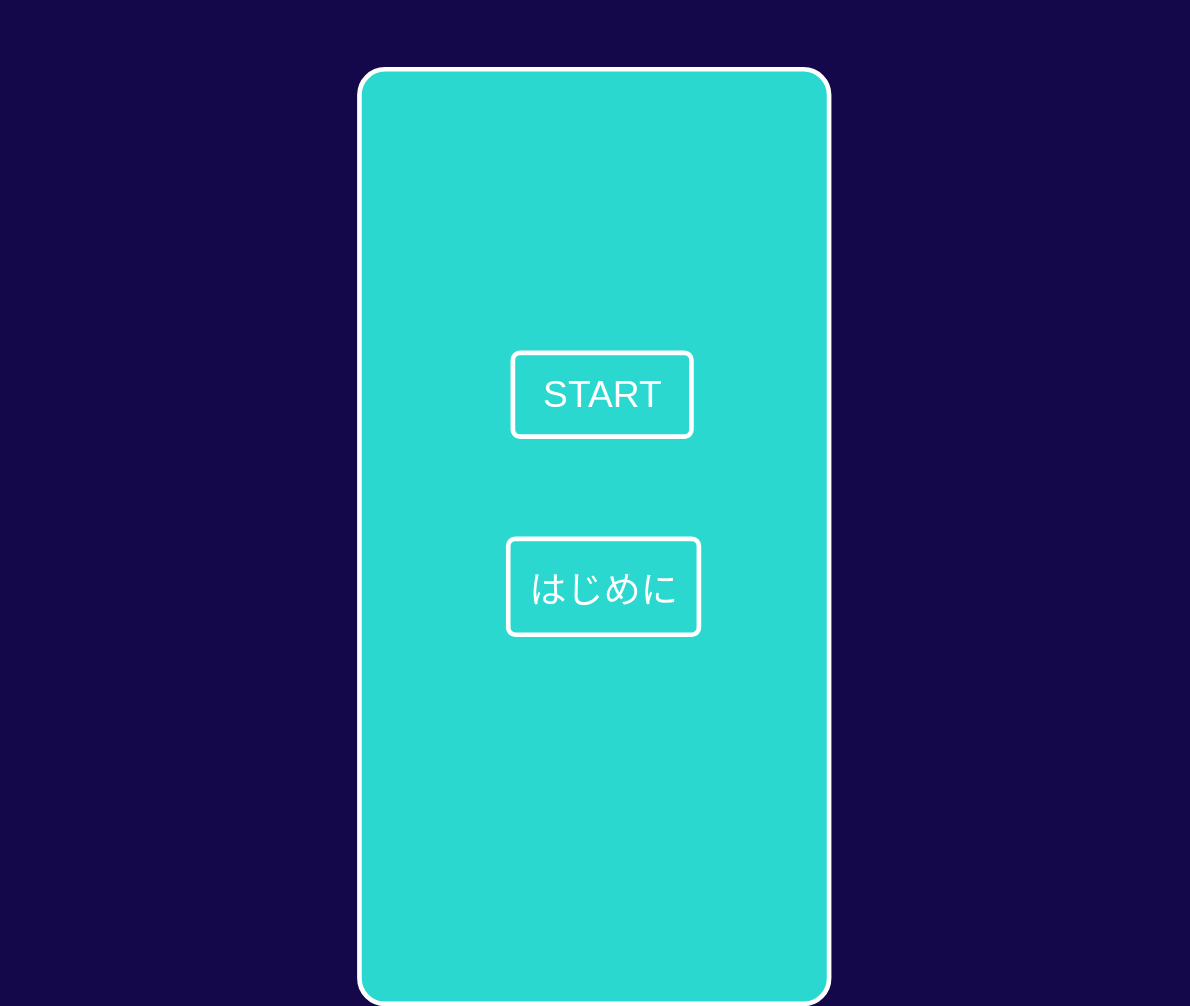
Repository: 1000sky/Inorganic_chemistry_application
Page: http://localhost/start
The author's editor kept a copy of each file at every save. The page is drawn from the files as they stood at one save, then again after the next save.
The browser window is 1280 px wide. The pictures show the whole page, at 93% of full size.
The page is served by the project's Laravel application, run on PHP 8.4 with Laravel 8.

Above is the page before, as saved 2022-07-12 10:39:11.

After the next save:
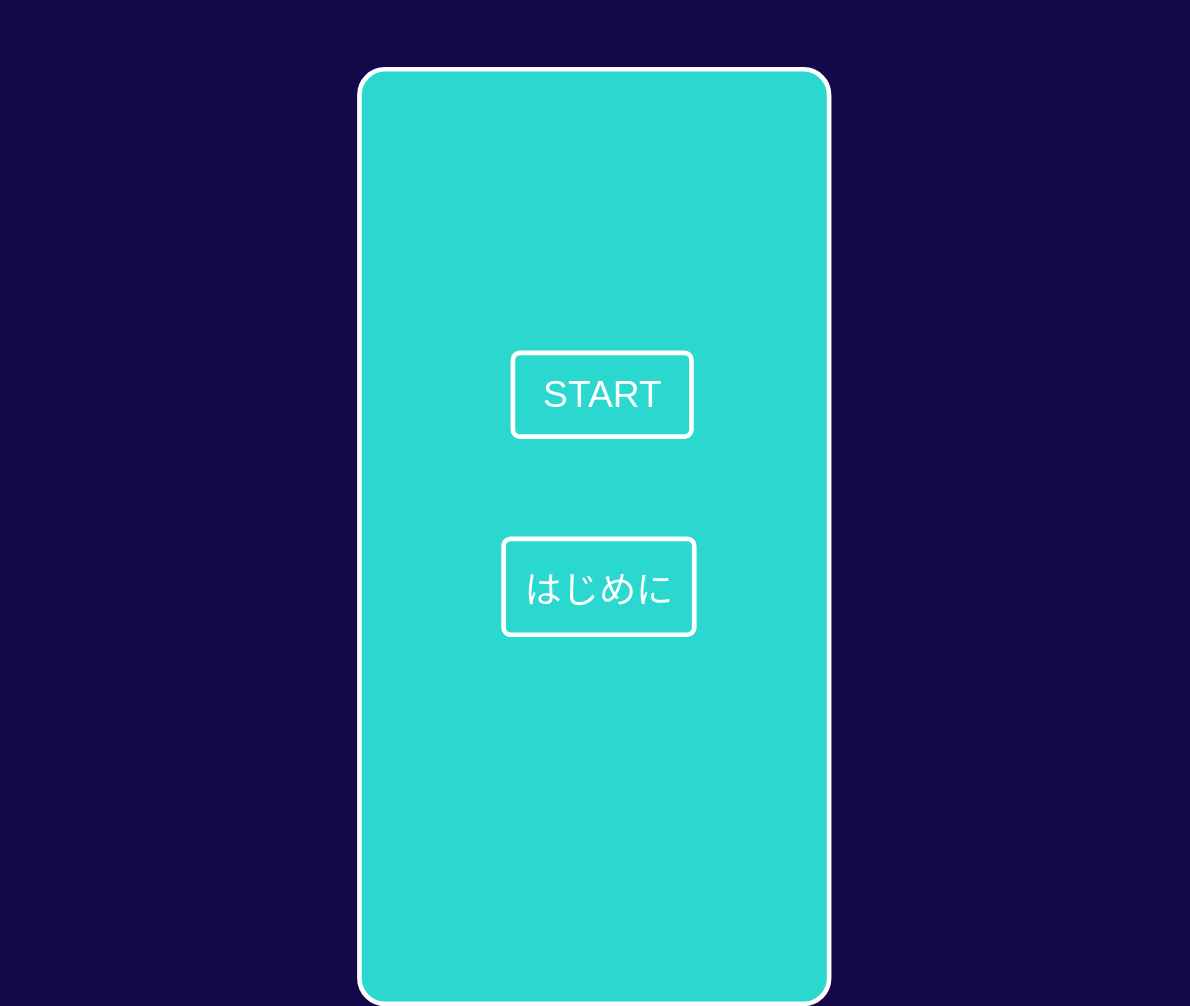
Saved 12 s later.
--- a/application/public/css/start.css
+++ b/application/public/css/start.css
@@ -33,7 +33,6 @@ body {
     left: 30%;
     text-align: center;
     padding: 20px;
-    margin-left: 5px;
     border: solid 5px white;
     border-radius: 10px;
     background-color: rgb(42, 216, 208);
